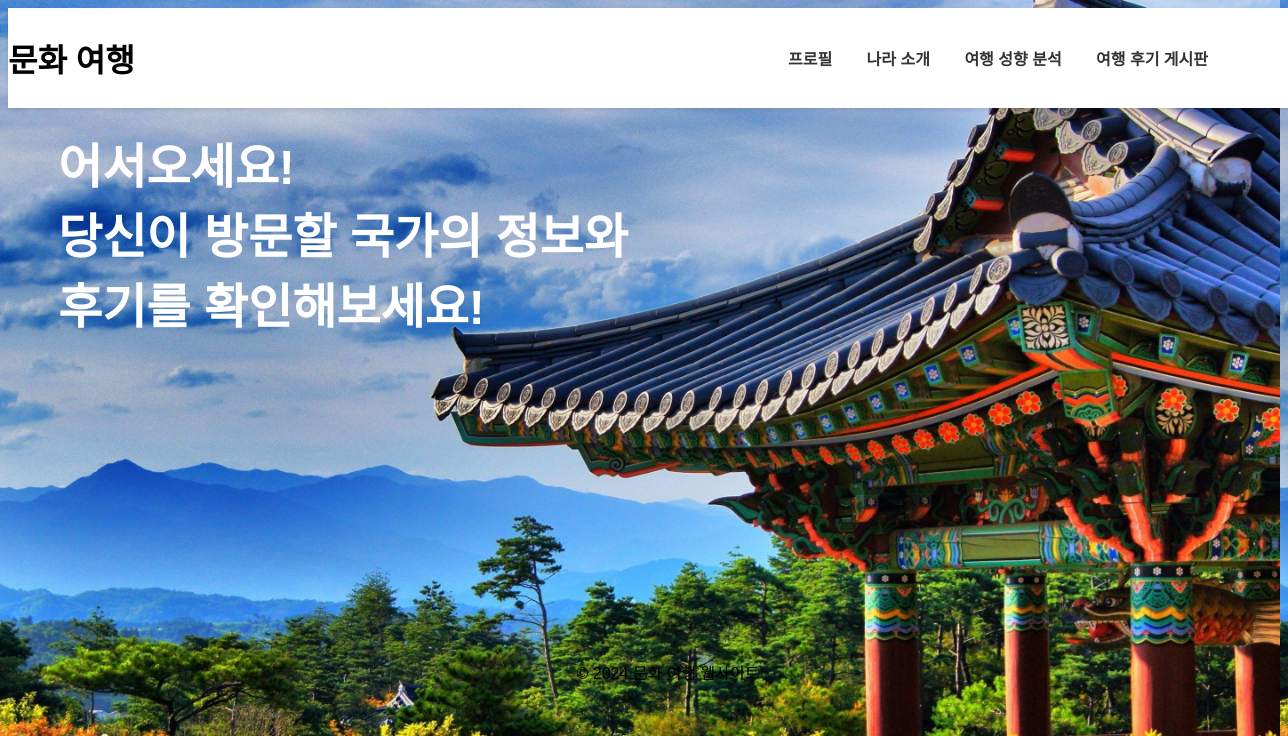
Repository: LifeIsRightward/WebServer
Page: http://localhost/JSPBook/Project/index.jsp
The author's editor kept a copy of each file at every save. The page is drawn from the files as they stood at one save, then again after the next save.
The browser window is 1280 px wide. The page is 1288 px wide, so the pictures cover 1288 px, including what lies to the right of the window. The pictures show the whole page.
Backgrounds fixed to the window are drawn as part of the page. The page is served by Tomcat 9. Other server files are loaded and not shown.

Above is the page before, as saved 2024-06-04 16:21:05.

### JSPBook/src/main/webapp/Project/index.jsp
<%@ page language="java" contentType="text/html; charset=EUC-KR"
    pageEncoding="EUC-KR"%>
<!DOCTYPE html>
<html>
<head>
<meta charset="EUC-KR">
<title>Insert title here</title>
<link rel="stylesheet" href="./css/index.css" type="text/css">
</head>
<body>
    <header>
        <h1>문화 여행</h1>
        <nav>
            <ul>
                <li><a href="#">프로필</a></li>
                <li><a href="#">나라 소개</a></li>
                <li><a href="#">여행 성향 분석</a></li>
                <li><a href="#">여행 후기 게시판</a></li>
            </ul>
        </nav>
    </header>

	<div class="welcome-text">
		<h1>어서오세요! <br>당신이 방문할 국가의 정보와 <br> 후기를 확인해보세요!</h1>
	</div>

    <main>

        <section id="introduce">
            <h2>사이트 소개</h2>
         </section>
    </main>

    <footer>
        <p>&copy; 2024 문화 여행 웹사이트</p>
    </footer>
</body>
</html>

### JSPBook/src/main/webapp/Project/css/index.css
@charset "EUC-KR";

body {
    background-image: url("../assets/background.jpg"); /* 전체 배경 이미지 설정 */
    background-size: cover ; /* 배경 이미지 크기 조절 */
    background-position: center; /* 배경 이미지 위치 조절 */
    background-attachment: fixed; /* 스크롤해도 배경 이미지 고정 */
    background-repeat: no-repeat; /* 이미지 반복 방지 */
    font-family: sans-serif; /* 글꼴 설정 */
    height: 100vh;
    width: 100vw;
}

header {
	display: flex; /* header를 flexbox로 설정 */
    align-items: center; /* 항목들을 중앙 정렬 */
    justify-content: space-between; /* 항목들을 양쪽 끝으로 분산 */
    position: relative; /* 상대 위치 설정 */
    height: 100px; /* header 높이 설정 */
    width: 100%; /* 전체 너비 차지 */
    background-color: #fff; /* 배경색 */
    z-index: 10; /* 다른 요소 위에 표시 */
    box-shadow: 0 2px 4px rgba(0, 0, 0, 0.1); /* 그림자 효과 */
}

nav ul {
    list-style: none; /* 기본 목록 스타일 제거 */
    margin-right: 50px;
    padding: 0; /* 여백 제거 */
    text-align: right; /* 오른쪽 정렬 */
}

nav li {
    display: inline-block; /* li 요소를 가로로 나열 */
    margin-right: 30px; /* 각 li 요소 사이 여백 */
}

nav a {
    color: #333; /* 링크 색상 */
    text-decoration: none; /* 기본 텍스트 장식 제거 */
    font-weight: bold; /* 글씨체 강조 */
}

nav a:hover {
    color: #000; /* 마우스 호버 시 링크 색상 변경 */
}

main {
    padding: 20px; /* 본문 콘텐츠 여백 */
}

section {
    margin-bottom: 20px; /* 각 섹션 하단 여백 */
}

footer {
	position: fixed;
	bottom: 0;
	width: 100%;
	opacity: 1;
    text-align: center; /* 푸터 가운데 정렬 */
    padding: 20px;
    background-color: transparent;
}

/* 좌측 상단 텍스트 */
.welcome-text {
    position: relative; /* 상대 위치 설정 */
    margin-top: 20px; /* 상단 여백 추가 */
    margin-left: 50px;
    width: 55%;
    height: 40%;
    z-index: 10; /* 다른 요소 위에 표시 */
}

.welcome-text h1 {
    font-size: 3em; /* 텍스트 크기 */
    font-weight: bold; /* 글씨체 강조 */
    color: #fff; /* 텍스트 색상 */
    margin: 0; /* 여백 제거 */
}

/* introduce 섹션 */
#introduce {
    position: fixed; /* 상대 위치에서 벗어나고 고정 */
    bottom: 0; /* 하단에 위치 */
    left: 0; /* 왼쪽에 위치 */
    width: 100%; /* 전체 너비 차지 */
    background-color: #fff; /* 배경색 */
    padding: 20px; /* 여백 */
    z-index: 5; /* 다른 요소 위에 표시 */
    display: none; /* 기본적으로 숨김 */
}

#introduce.active {
    display: block; /* 스크롤 시 표시 */
}

After the next save:
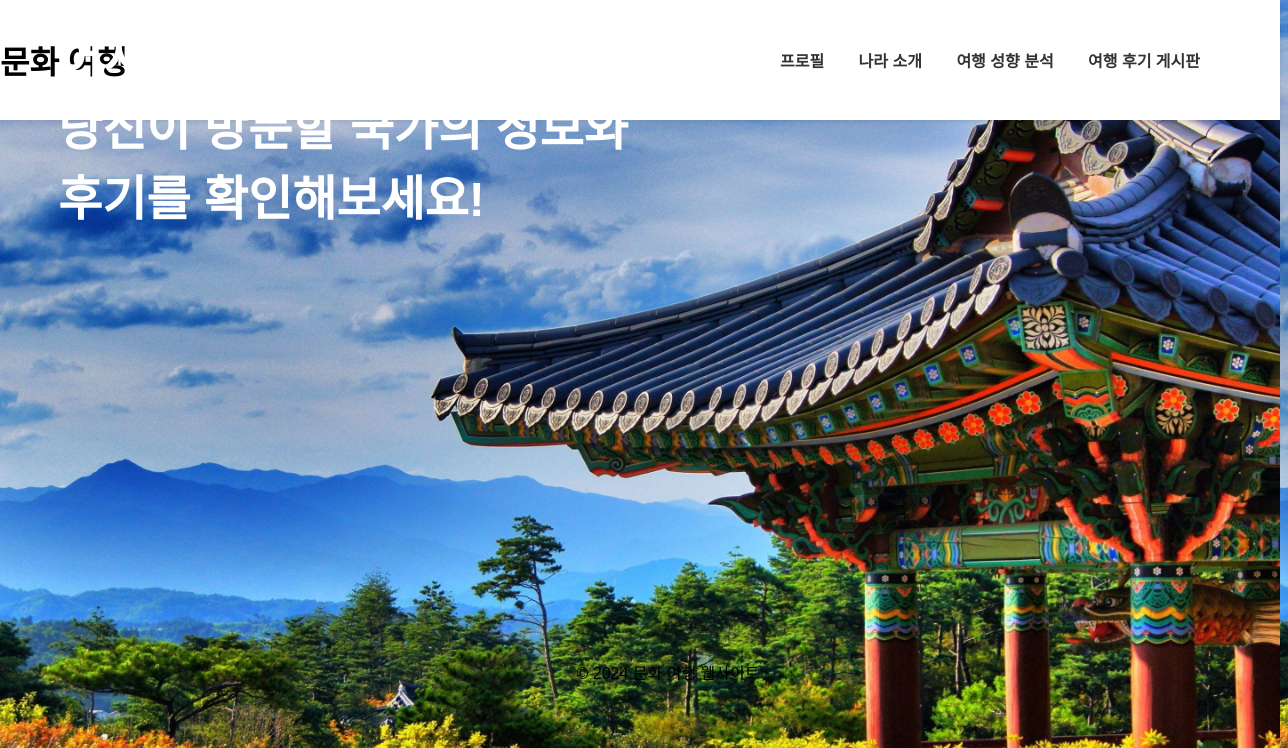
Saved 43 s later.
--- a/JSPBook/src/main/webapp/Project/css/index.css
+++ b/JSPBook/src/main/webapp/Project/css/index.css
@@ -15,11 +15,14 @@ header {
 	display: flex; /* header를 flexbox로 설정 */
     align-items: center; /* 항목들을 중앙 정렬 */
     justify-content: space-between; /* 항목들을 양쪽 끝으로 분산 */
-    position: relative; /* 상대 위치 설정 */
+    position: fixed;
+    top: 0;
+    left: 0;
     height: 100px; /* header 높이 설정 */
     width: 100%; /* 전체 너비 차지 */
     background-color: #fff; /* 배경색 */
-    z-index: 10; /* 다른 요소 위에 표시 */
+    padding: 10px 0; /* 여백 설정 */
+     z-index: 10; /* 다른 요소 위에 표시 */
     box-shadow: 0 2px 4px rgba(0, 0, 0, 0.1); /* 그림자 효과 */
 }
 
